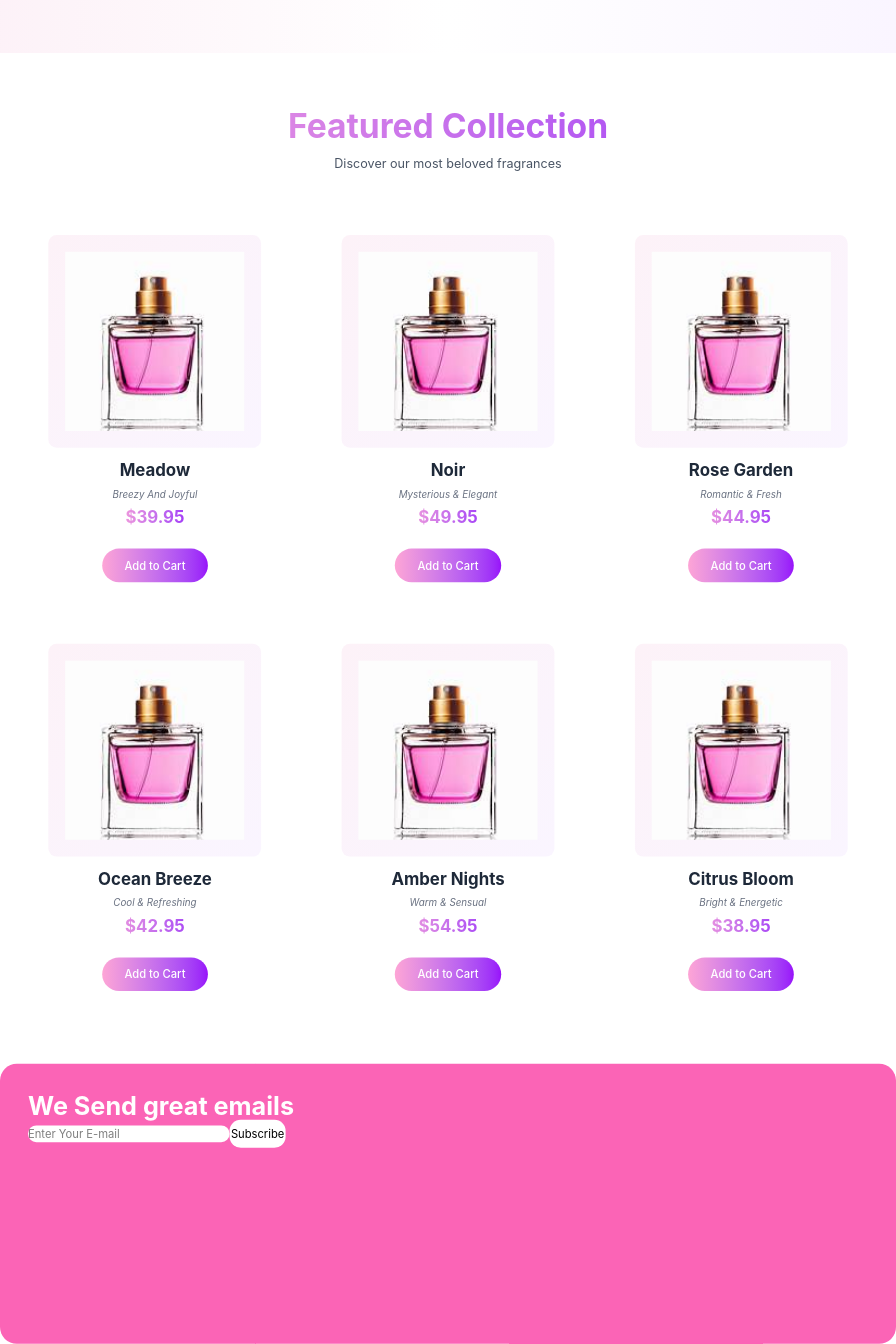
Repository: kiran2k5-ai/E-Commerce-Perfume
Page: /
An editor plug-in stored every save of this project. The page is shown before and after a run of saves, followed by the edit.
The browser window is 1280 px wide. The pictures show the part of the page from y = 904 to 2824 px (the page is 2824 px tall), at 70% of full size.
The project was rebuilt for these pictures with package versions that can differ from the ones it lists, and the page was loaded fresh each time. Also part of the build but not shown: vite.config.js.

Above is the page before, as saved 2026-02-04 12:39:19.

After the next 2 saves:
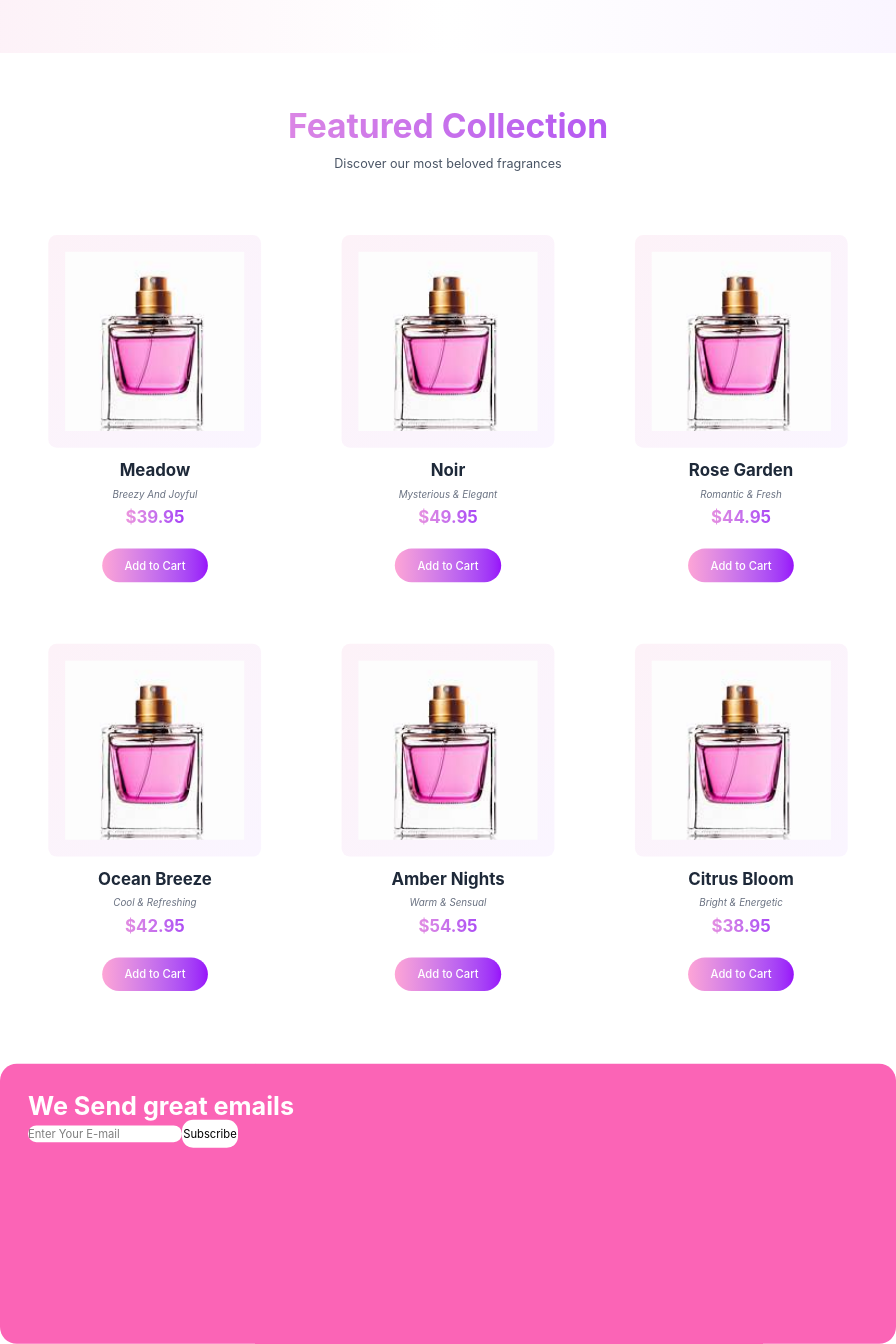
The 2 saves are shown as one change because they came seconds apart.
The last was saved 7 s later.
--- a/src/components/Footer.jsx
+++ b/src/components/Footer.jsx
@@ -6,7 +6,7 @@ const Footer = () => {
       <div className='h-100 w-350 bg-pink-400 rounded-3xl'>
         <div className='mt-10 ml-10 '>
             <h2 className='font-bold text-4xl  text-white'>We Send great emails</h2>
-            <input type="text" className='bg-white rounded-2xl w-72' placeholder='Enter Your E-mail'/>
+            <input type="text" className='bg-white rounded-2xl w-55' placeholder='Enter Your E-mail'/>
             <button className='bg-white w-20 h-10 rounded-2xl text-black'>Subscribe</button>
         </div>
       </div>
